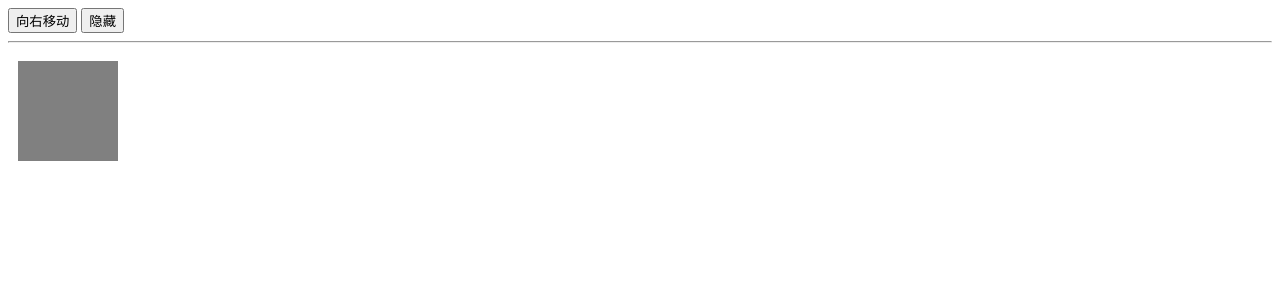
Repository: jsjchai/springmvc_study
Page: springmvc/jquery/jquery_Test/WebContent/jqueryTest15.html
An editor plug-in stored every save of this project. The page is shown before and after a run of saves, followed by the edit.
The browser window is 1280 px wide. The pictures show the whole page.
After loading, the first visible `#b1` was clicked once.

Above is the page before, as saved 2015-04-06 12:22:43.

After the next 2 saves:
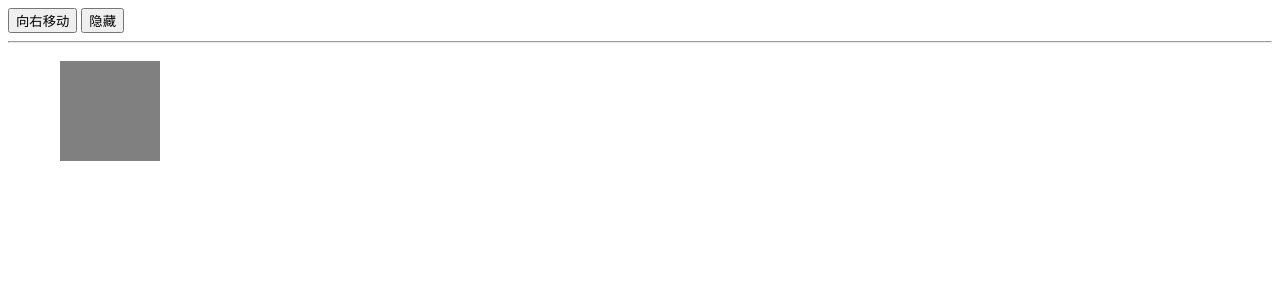
The 2 saves are shown as one change because they came seconds apart.
The last was saved 25 s later.
--- a/springmvc/jquery/jquery_Test/WebContent/jqueryTest15.html
+++ b/springmvc/jquery/jquery_Test/WebContent/jqueryTest15.html
@@ -9,7 +9,7 @@
 	$(document).ready(function(){
 		//向右移动
 		$("#b1").click(function(){
-			$(".block").animate({left: '+50px'}, "slow");
+			$("#d1").animate({left: '+50px'}, "slow");
 		});
 		//隐藏
 		$("#b2").click(function(){
